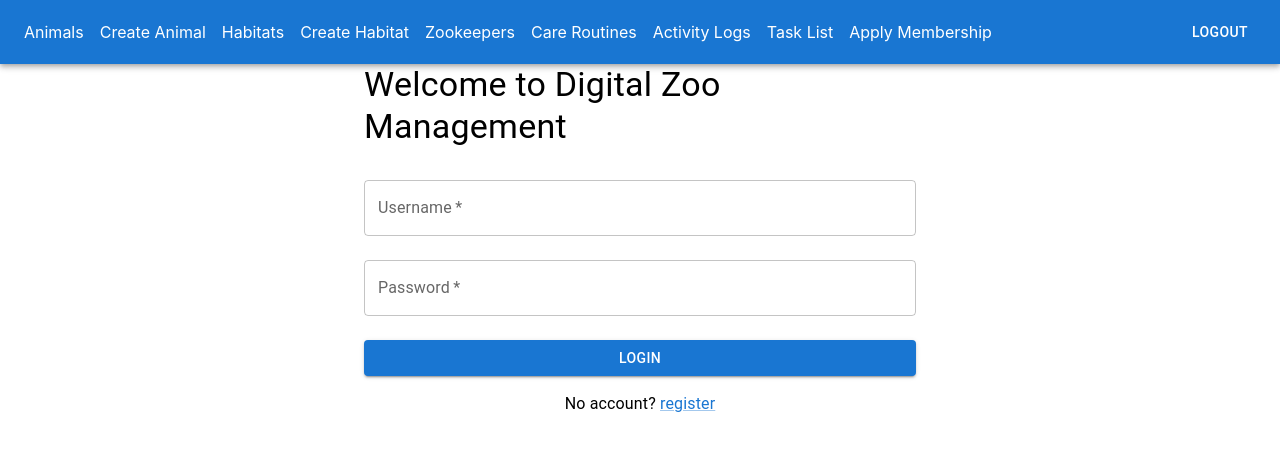
Repository: maomao7788/Digital-Zoo-Management1
Page: / (app in frontend/)
These files come from the project's save history. The page is drawn as it stood at one moment and after the next save; the edit follows.
The browser window is 1280 px wide. The pictures show the whole page.
The project was rebuilt for these pictures with package versions that can differ from the ones it lists, and the page was loaded fresh each time. Also part of the build but not shown: frontend/src/pages/AnimalList.tsx, frontend/src/services/api.ts, frontend/src/pages/CreateAnimal.tsx, frontend/src/pages/Register.tsx, frontend/src/pages/ApplyMembership.tsx, frontend/src/pages/EditAnimal.tsx, frontend/src/pages/HabitatList.tsx, frontend/src/pages/CreateHabitat.tsx and 6 more.

Above is the page before, as saved 2025-03-12 20:20:06.

After the next save:
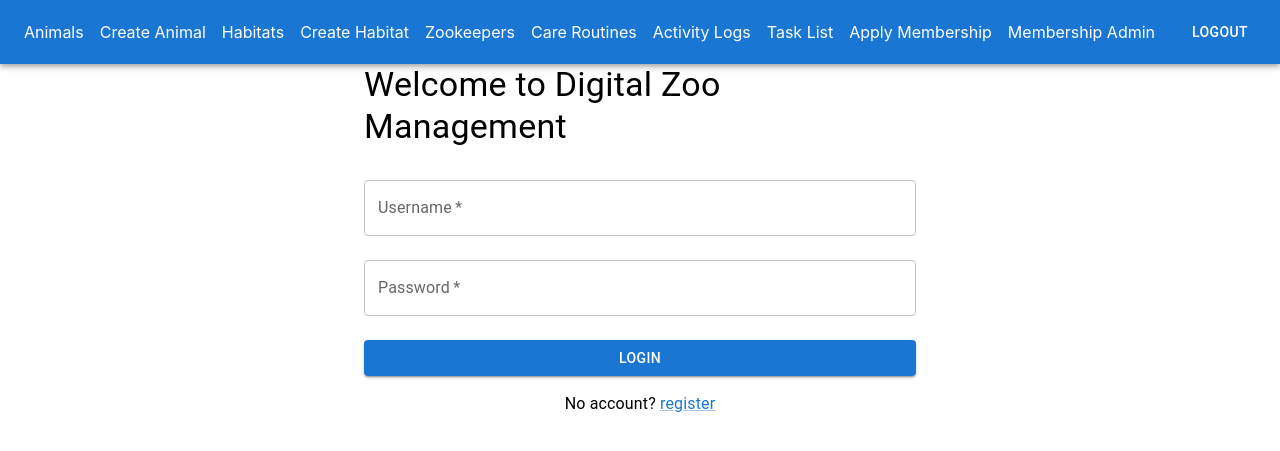
Saved 22 s later.
--- a/frontend/src/App.tsx
+++ b/frontend/src/App.tsx
@@ -106,7 +106,7 @@ function App() {
           <Link component={RouterLink} to="/activity_logs" color="inherit" underline="none" sx={{ mr: 2 }}>Activity Logs</Link>
           <Link component={RouterLink} to="/task-list" color="inherit" underline="none" sx={{ mr: 2 }}>Task List</Link>
           <Link component={RouterLink} to="/apply-membership" color="inherit" underline="none" sx={{ mr: 2 }}>Apply Membership</Link>
-
+          <Link component={RouterLink} to="/membership-admin" color="inherit" underline="none" sx={{ mr: 2 }}>Membership Admin</Link>
           <Box sx={{ flexGrow: 1 }}></Box>
           {/* <Link component={RouterLink} to="/register" color="inherit" underline="none" sx={{ mr: 2 }}>Register</Link> */}
           <Button color="inherit" onClick={handleLogout}>Logout</Button>
